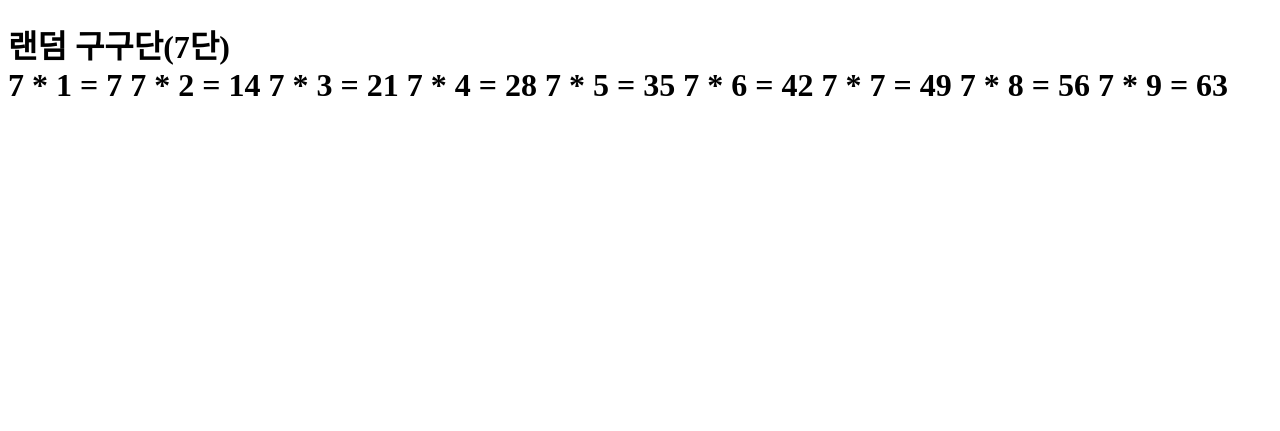
Repository: JongMin22/jsp.practice
Page: http://localhost/JSPBasic/JsPTag/TagQ02.jsp
An editor plug-in stored every save of this project. The page is shown before and after the next save, followed by the edit.
The browser window is 1280 px wide. The pictures show the whole page.
The page is served by Tomcat 9.

Above is the page before, as saved 2022-01-28 06:47:46.

### JSPBasic/src/main/webapp/JsPTag/TagQ02.jsp
<%@ page language="java" contentType="text/html; charset=UTF-8"
    pageEncoding="UTF-8"%>
<!DOCTYPE html>
<html>
<head>
<meta charset="UTF-8">
<title>Insert title here</title>
</head>
<body>
<%!
public int count =0;
int randomNum(){
	return (int)(Math.random()*7 + 2);

			}

%>
<%
int a = randomNum();
out.println("<h1>"+"랜덤 구구단"+"("+a+"단)" + "<br/>");
for(int i=1; i<10; i++){
		 out.println(a + " * "+ i + " = " + a*i);}
%>
<body>
</html>

After the next save:
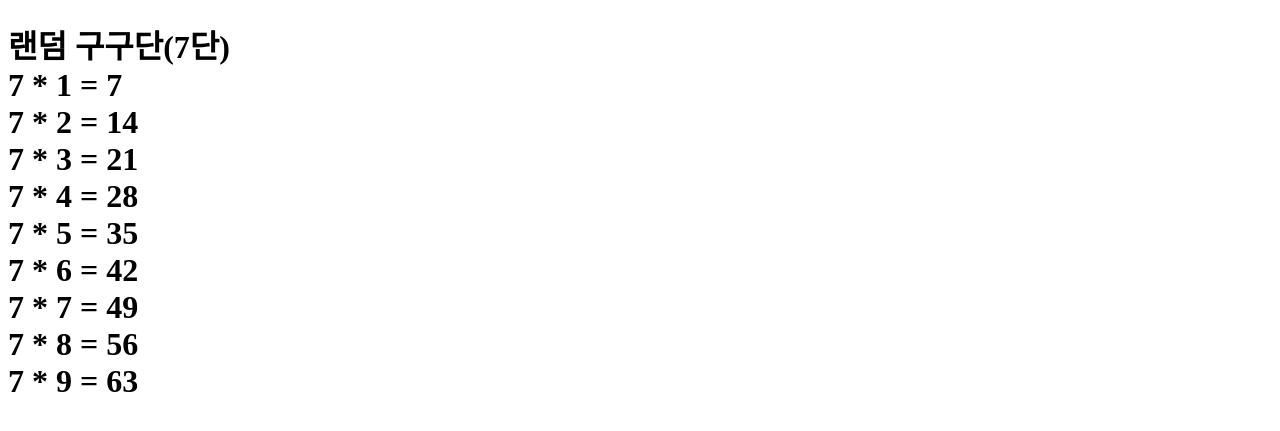
Saved 22 s later.
--- a/JSPBasic/src/main/webapp/JsPTag/TagQ02.jsp
+++ b/JSPBasic/src/main/webapp/JsPTag/TagQ02.jsp
@@ -19,7 +19,7 @@ int randomNum(){
 int a = randomNum();
 out.println("<h1>"+"랜덤 구구단"+"("+a+"단)" + "<br/>");
 for(int i=1; i<10; i++){
-		 out.println(a + " * "+ i + " = " + a*i);}
+		 out.println(a + " * "+ i + " = " + a*i + "<br/>");}
 %>
 <body>
 </html>
